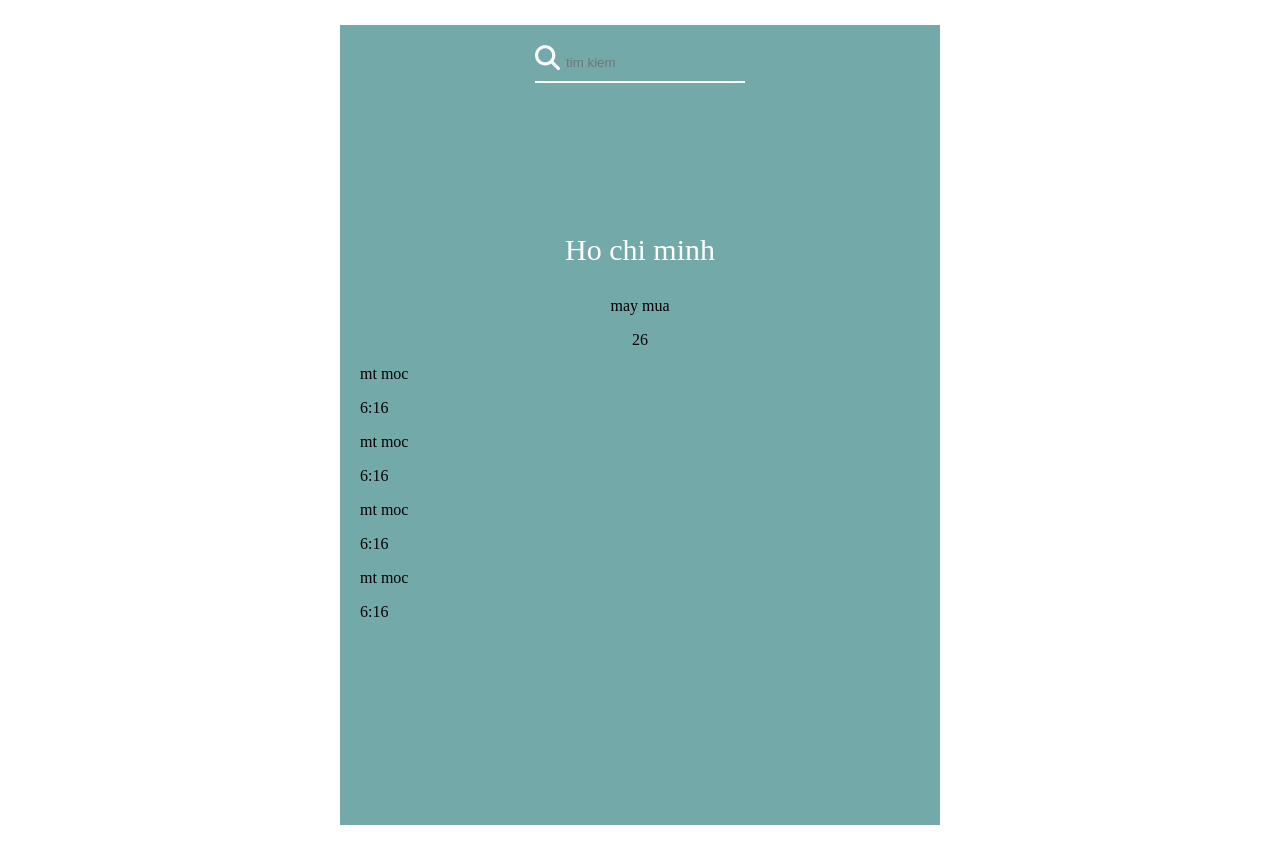
Repository: tienbkvn0605/weatherApp
Page: index.html
The author's editor kept a copy of each file at every save. The page is drawn from the files as they stood at one save, then again after the next save.
The browser window is 1280 px wide. The pictures show the whole page.

Above is the page before, as saved 2022-10-05 16:50:05.

After the next save:
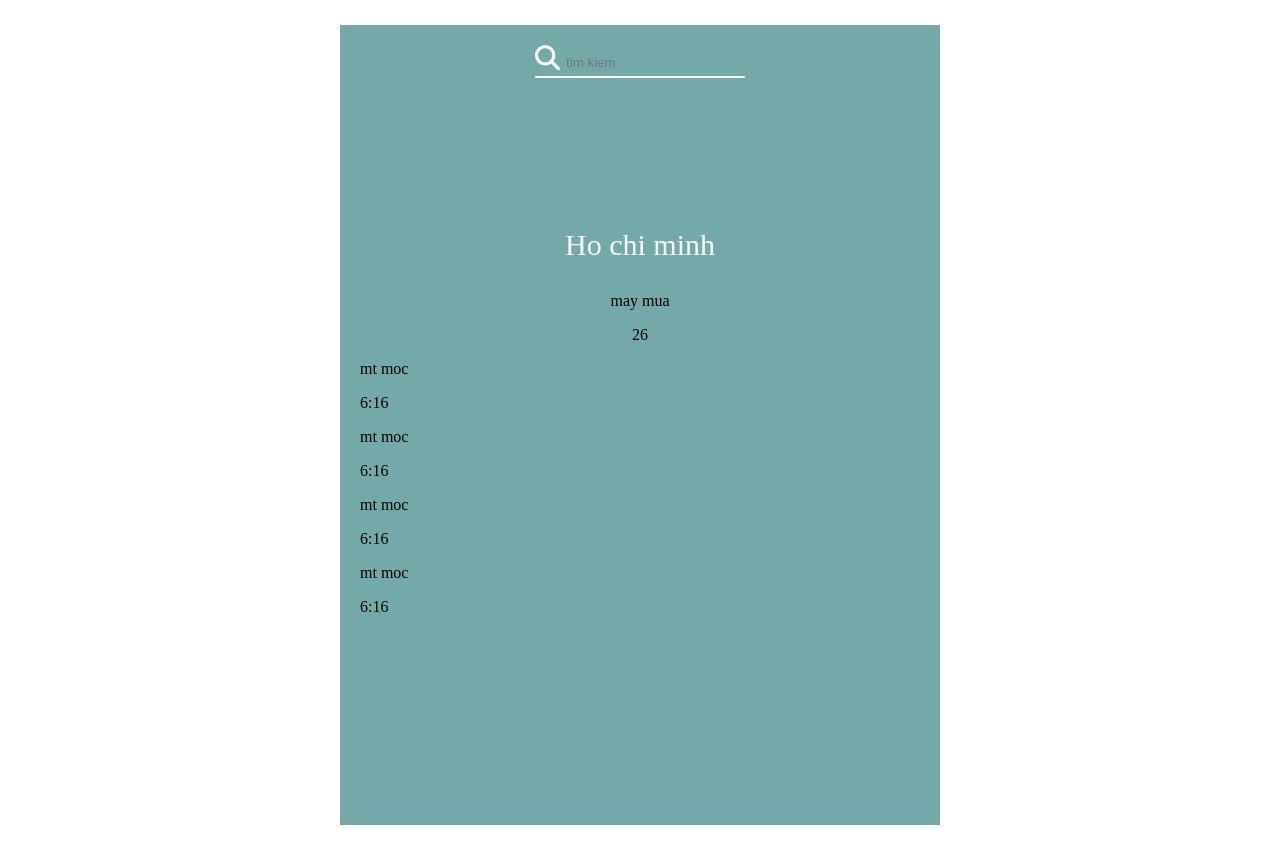
Saved 4 s later.
--- a/appstyle.css
+++ b/appstyle.css
@@ -17,7 +17,7 @@
 .search-bar {
   margin: 0 auto;
   border-bottom: 2px solid white;
-  padding-bottom: 10px;
+  padding-bottom: 5px;
   align-items: center;
   width: max-content;
   margin-bottom: 150px;
